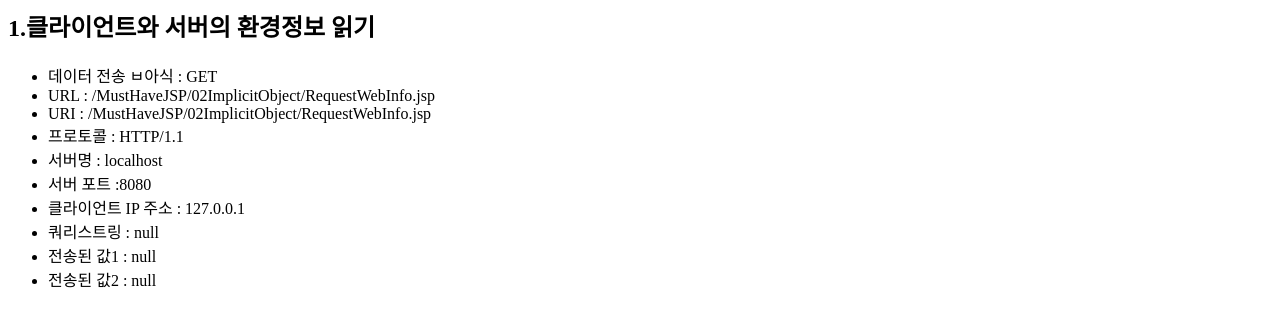
Repository: DANU011/Servlet-JSP
Page: http://localhost/MustHaveJSP/02ImplicitObject/RequestWebInfo.jsp
The author's editor kept a copy of each file at every save. The page is drawn from the files as they stood at one save, then again after the next save.
The browser window is 1280 px wide. The pictures show the whole page.
The page is served by Tomcat 9.

Above is the page before, as saved 2023-02-21 08:11:04.

After the next save:
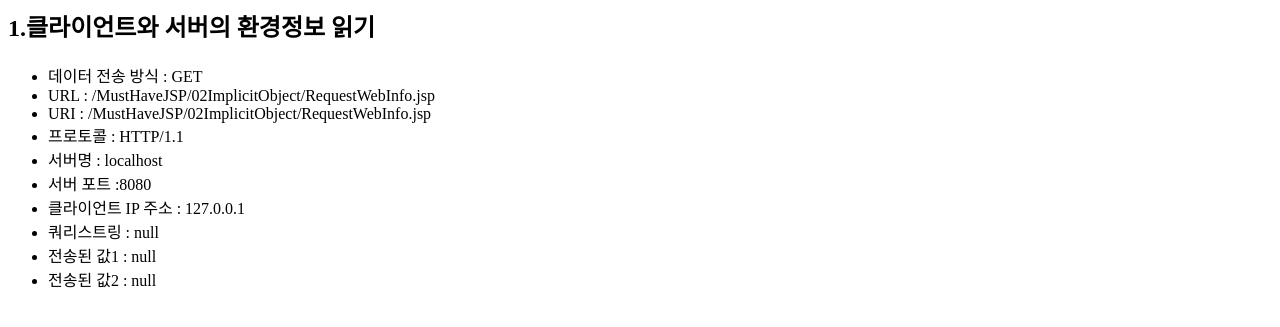
Saved 28 s later.
--- a/MustHaveJSP/src/main/webapp/02ImplicitObject/RequestWebInfo.jsp
+++ b/MustHaveJSP/src/main/webapp/02ImplicitObject/RequestWebInfo.jsp
@@ -8,7 +8,7 @@
 <body>
 <h2>1.클라이언트와 서버의 환경정보 읽기</h2>
 <ul>
-<li>데이터 전송 ㅂ아식 : <%= request.getMethod() %></li>
+<li>데이터 전송 방식 : <%= request.getMethod() %></li>
 <li>URL : <%= request.getRequestURI() %></li>
 <li>URI : <%= request.getRequestURI() %></li>
 <li>프로토콜 : <%= request.getProtocol() %></li>
